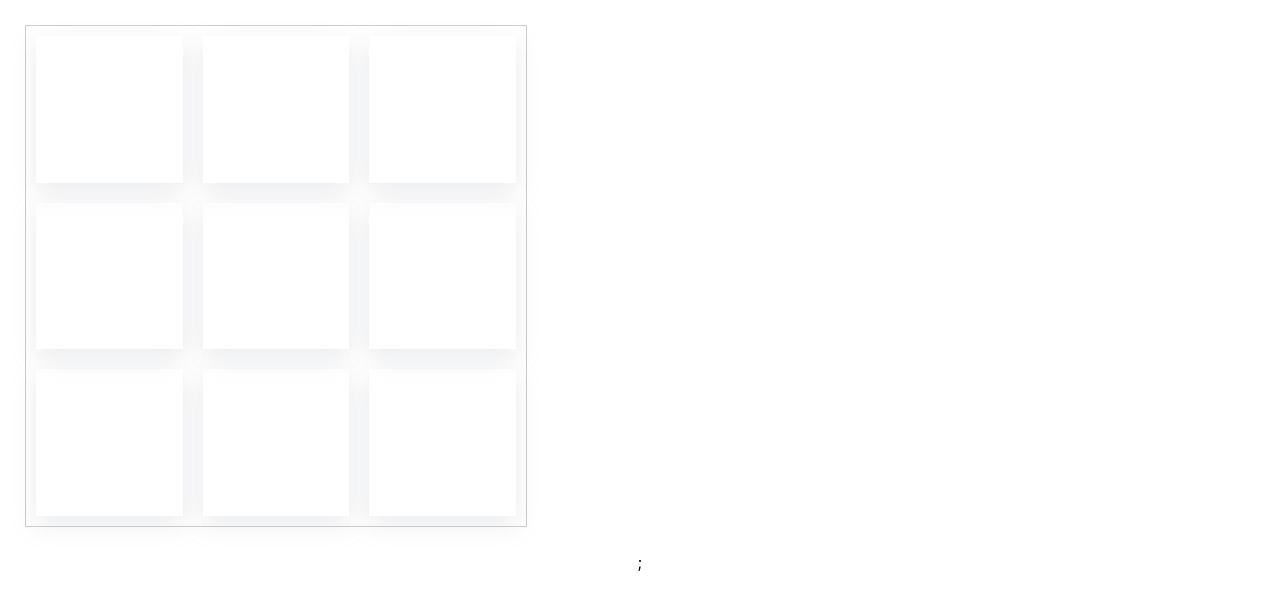
Repository: Phanvangiu/Tictactoe
Page: / (app in tictactoe/)
The author's editor kept a copy of each file at every save. The page is drawn from the files as they stood at one save, then again after the next save.
The browser window is 1280 px wide. The pictures show the whole page.
The project was rebuilt for these pictures with package versions that can differ from the ones it lists, and the page was loaded fresh each time.

Above is the page before, as saved 2023-10-11 10:03:57.

### tictactoe/src/App.js

import './App.css';
import Game from './Cgame/Game';
function App() {
  return (
    <div className="App">
      <Game></Game>
    </div>
  );
}

export default App;

### tictactoe/src/Cgame/Game.js
import { useState } from "react";
import Board from "./Board";
import "./GameStyle.css";
import { calculateWinner } from "./HEPLER";
const Game = () => {
  const [board, setBoard] = useState(Array(9).fill(null));
  const [xIsNext, setXIsNext] = useState(true);
  const winner = calculateWinner(board);

  const handleClick = (index) => {
    const boardCopy = [...board];
    if (winner || boardCopy[index]) return;
    boardCopy[index] = xIsNext ? "x" : "o";
    setBoard(boardCopy);
    setXIsNext((xIsNext) => !xIsNext);
  };
  return (
    <div>
      <Board cells={board} onClick={handleClick}></Board>
      {winner ? `Winner is ${xIsNext ? "o" : "x"}` : ""};
    </div>
  );
};

export default Game;

### tictactoe/src/Cgame/Board.js
import React from "react";
import Cell from "./Cell";
const Board = (props) => {
  // const cells = [null, null, null, "x", "x", "x", null, null, null];
  return (
    <div className="game-board">
      {props.cells.map((item, index) => (
        <Cell
          key={index}
          value={item}
          onClick={() => props.onClick(index)}
        ></Cell>
      ))}
    </div>
  );
};

export default Board;

### tictactoe/src/Cgame/GameStyle.css
.game-board {
  margin: 25px;
  width: 500px;
  height: 500px;
  border: 1px solid #ccc;
  display: grid;
  grid-template-columns: repeat(3, 1fr);
  grid-template-rows: repeat(3, 1fr);
}
.game-cell {
  box-shadow: rgba(149, 157, 165, 0.2) 0px 8px 24px;
  font-size: 80px;
  font-weight: 700;
  color: brown;
  margin: 10px;
  display: flex;
  justify-content: center;
  align-items: center;
}

### tictactoe/src/Cgame/HEPLER.js
export function calculateWinner(cot) {
  const lines = [
    [0, 1, 2],
    [3, 4, 5],
    [6, 7, 8],
    [0, 3, 6],
    [1, 4, 7],
    [2, 5, 8],
    [0, 4, 8],
    [2, 4, 6],
  ];
  for (let index = 0; index < lines.length; index++) {
    const [a, b, c] = lines[index];
    if (cot[a] && cot[a] === cot[b] && cot[a] === cot[c]) {
      return a;
    }
    return null;
  }
}

### tictactoe/src/Cgame/Cell.js
import React from "react";
//Truyền vào props là các oject gồm (value, onClick())
const Cell = (props) => {
  return (
    <div className="game-cell" onClick={props.onClick}>
      {props.value}
    </div>
  );
};

export default Cell;

Loaded but not shown: tictactoe/public/index.html (common file); tictactoe/src/index.js (common file); tictactoe/src/index.css (common file); tictactoe/src/reportWebVitals.js (common file); tictactoe/src/App.css (common file)

After the next save:
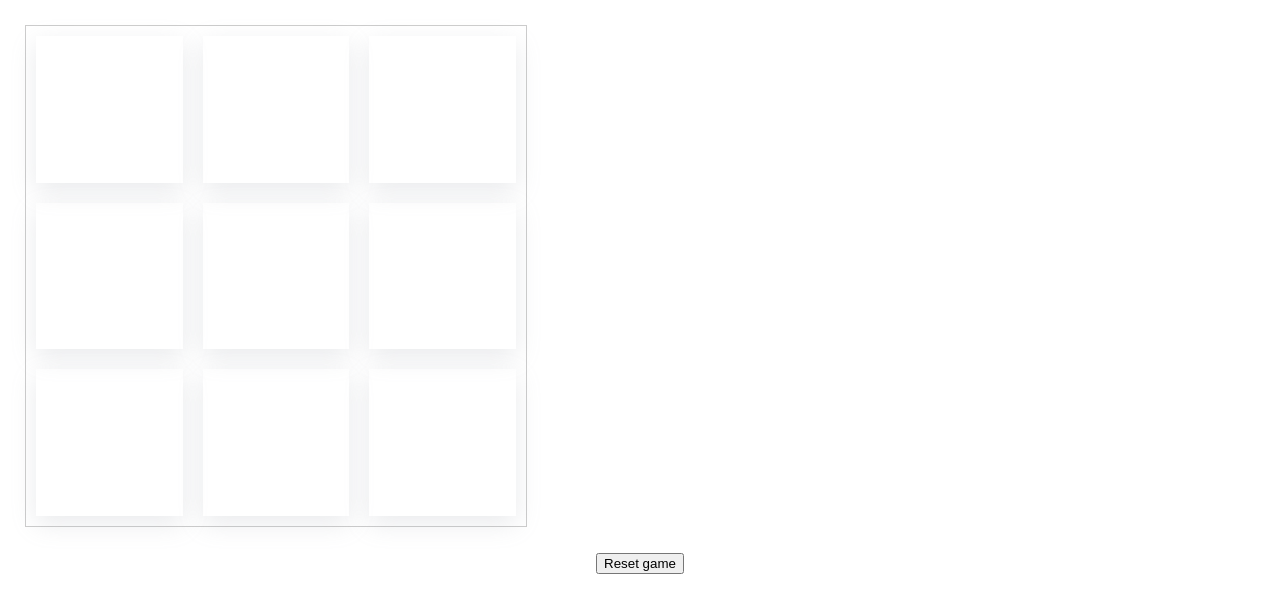
Saved 37 s later.
--- a/tictactoe/src/Cgame/Game.js
+++ b/tictactoe/src/Cgame/Game.js
@@ -17,7 +17,8 @@ const Game = () => {
   return (
     <div>
       <Board cells={board} onClick={handleClick}></Board>
-      {winner ? `Winner is ${xIsNext ? "o" : "x"}` : ""};
+      {/* {winner ? `Winner is ${xIsNext ? "o" : "x"}` : ""}; */}
+      <button>Reset game</button>
     </div>
   );
 };
